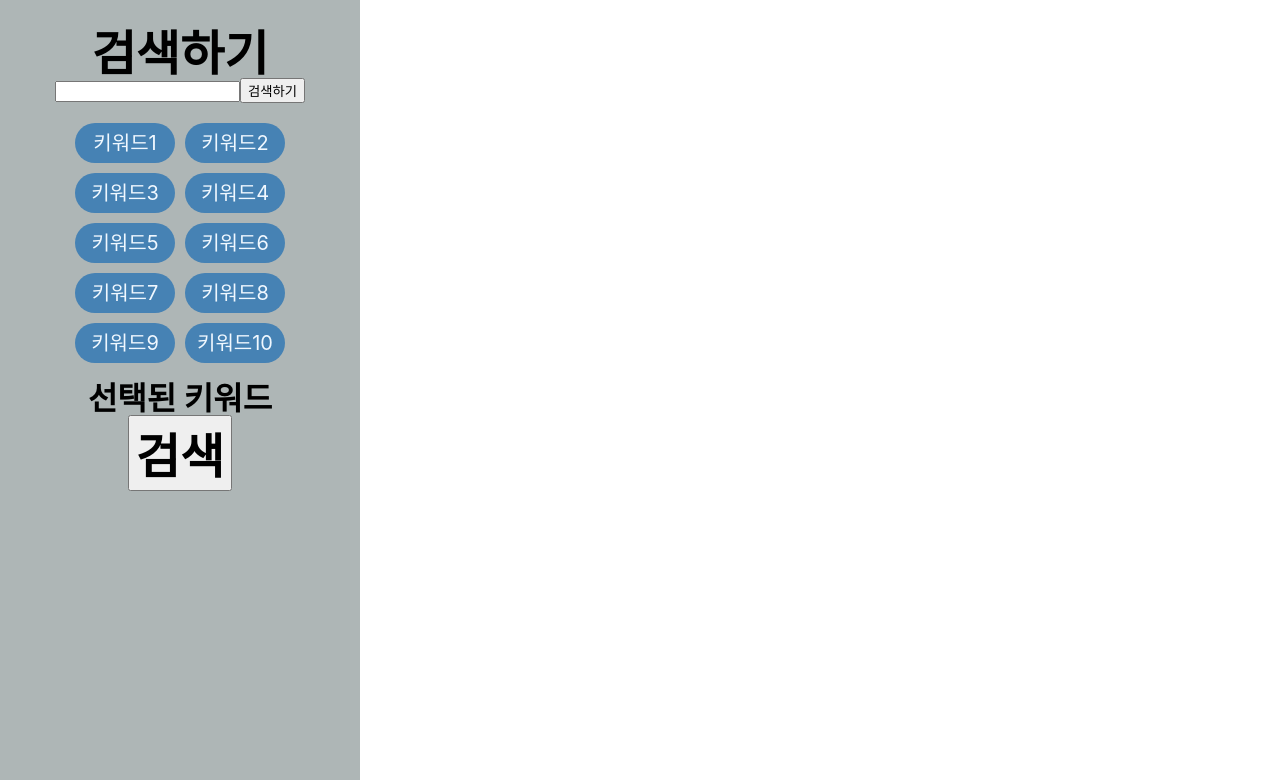
Repository: sunoo-lee/Star-Explore
Page: /
These files come from the project's save history. The page is drawn as it stood at one moment and after the next save; the edit follows.
The browser window is 1280 px wide. The pictures show the whole page.
The project was rebuilt for these pictures with package versions that can differ from the ones it lists, and the page was loaded fresh each time.

Above is the page before, as saved 2022-10-14 04:42:15.

After the next save:
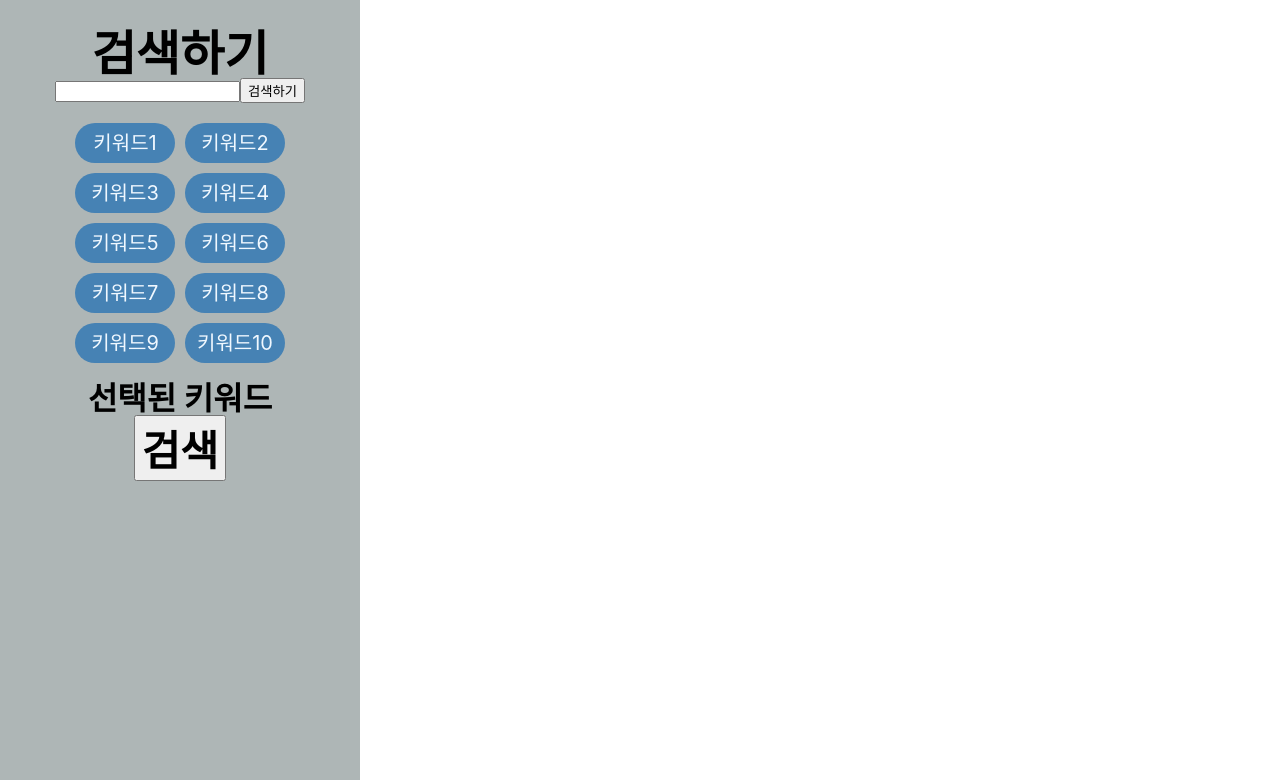
Saved 11 s later.
--- a/src/Style.css
+++ b/src/Style.css
@@ -66,6 +66,6 @@ h2 {
   margin: 10px;
 }
 .nav .nav_toggle {
-  font-size: 3rem;
+  font-size: 2.6rem;
   font-weight: 700;
 }
